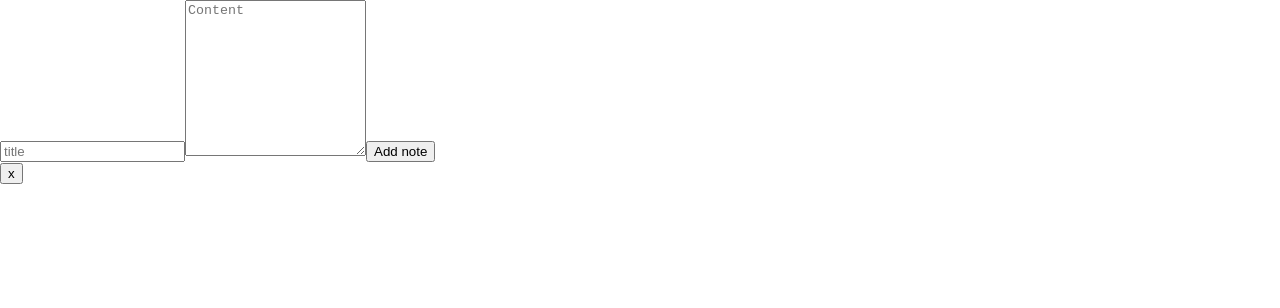
Repository: karolina-rachuta/Notes_React_Node_Js
Page: /
These files come from the project's save history. The page is drawn as it stood at one moment and after the next save; the edit follows.
The browser window is 1280 px wide. The pictures show the whole page.
The project was rebuilt for these pictures with package versions that can differ from the ones it lists, and the page was loaded fresh each time. Also part of the build but not shown: src/App.css.

Above is the page before, as saved 2024-08-10 21:17:26.

After the next save:
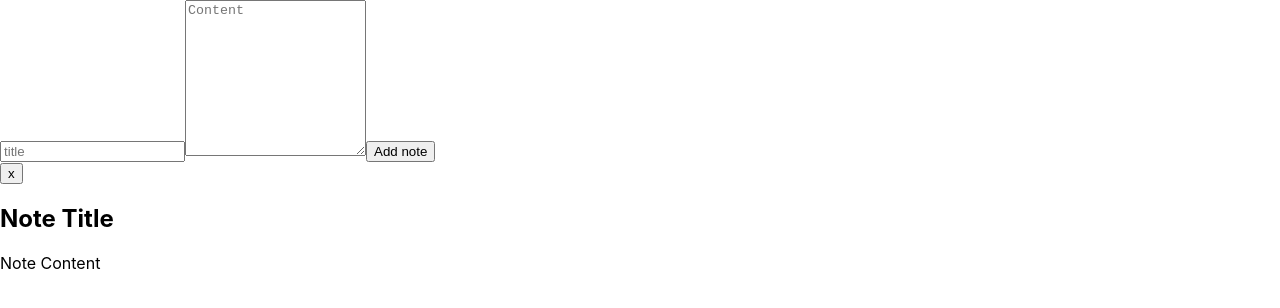
Saved 16 s later.
--- a/src/App.tsx
+++ b/src/App.tsx
@@ -25,6 +25,8 @@ function App() {
           <div className="notes-header">
             <button>x</button>
           </div>
+          <h2>Note Title</h2>
+          <p>Note Content</p>
 
         </div>
       </div>
